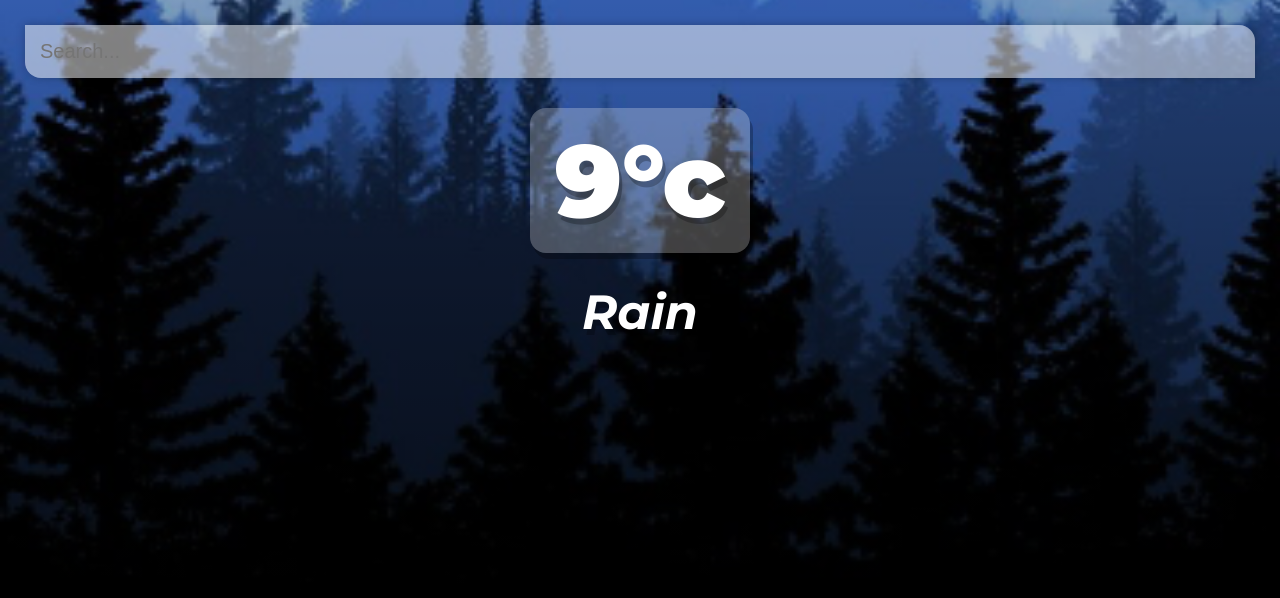
Repository: AbApin/vue-simple-weather-app
Page: /
The author's editor kept a copy of each file at every save. The page is drawn from the files as they stood at one save, then again after a run of saves.
The browser window is 1280 px wide. The pictures show the whole page.
The project was rebuilt for these pictures with package versions that can differ from the ones it lists, and the page was loaded fresh each time. Also part of the build but not shown: vue.config.js.

Above is the page before, as saved 2022-11-24 12:43:29.

After the next 4 saves:
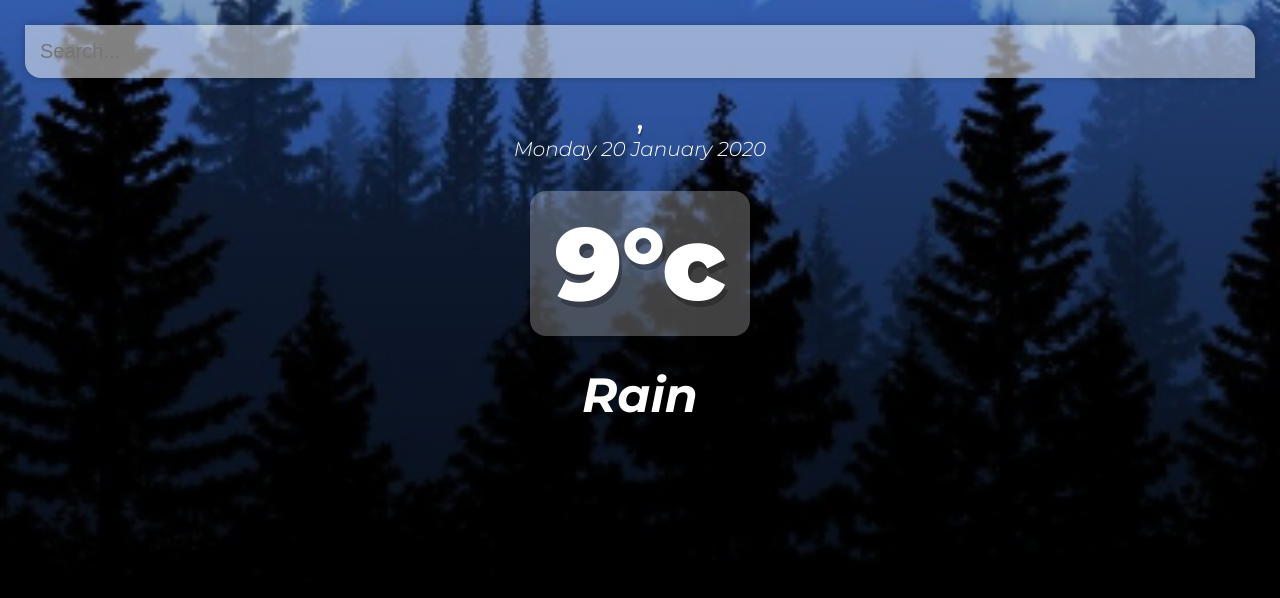
The 4 saves are shown as one change because 2 did not build or start and some came seconds apart.
The last was saved 49 s later.
--- a/src/App.vue
+++ b/src/App.vue
@@ -11,9 +11,9 @@
         />
       </div>
 
-      <div class="weather-wrap" v-if="typeof weather.main != 'undefined'">
+      <div class="weather-wrap" >
         <div class="location-box">
-          <h3 class="location">{{ weather.name }}, {{ weather.sys.country }}</h3>
+          <h3 class="location">{{ weather?.name }}, {{ weather?.sys?.country }}</h3>
           <p class="date">Monday 20 January 2020</p>
         </div>
       </div>
